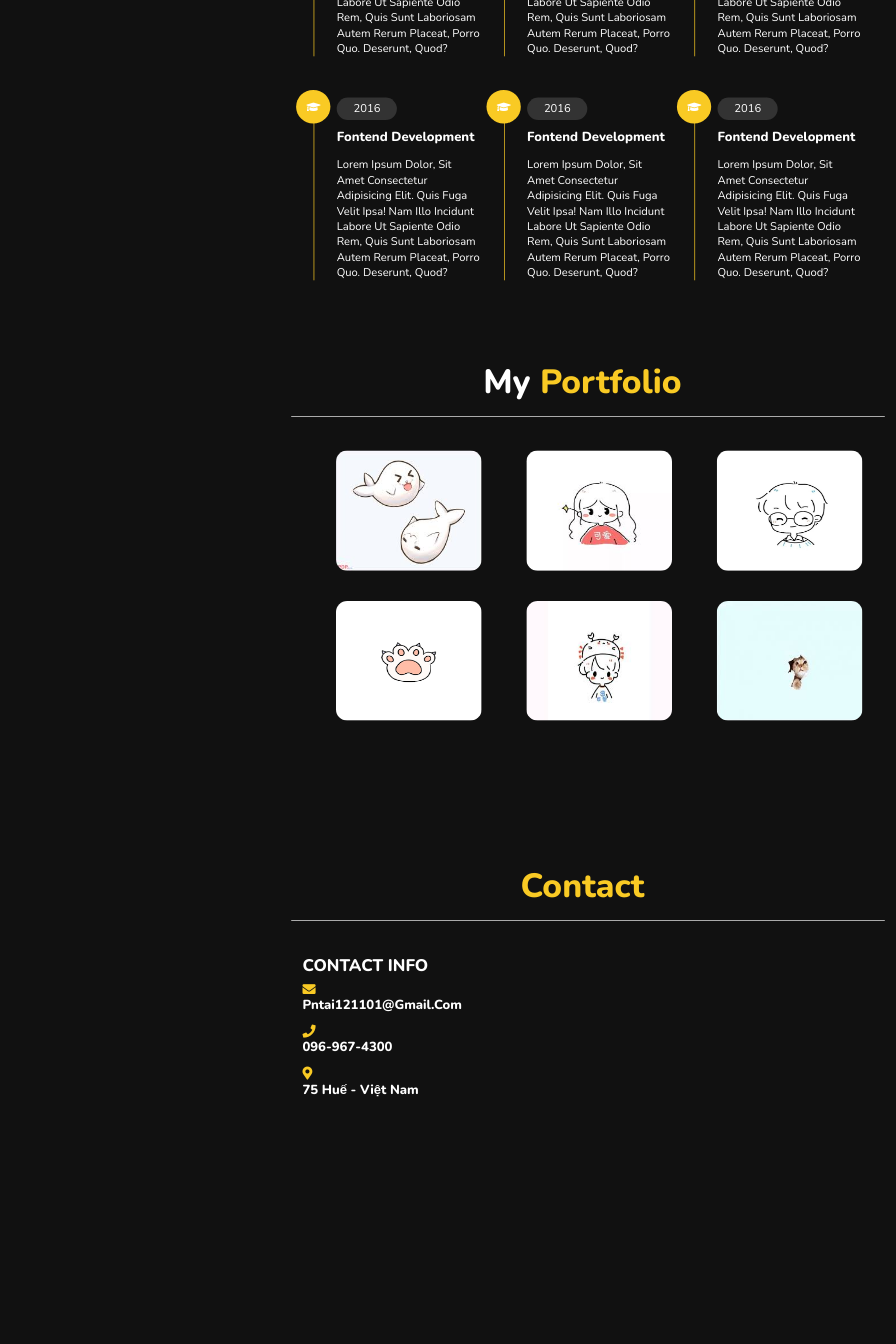
Repository: PCTai/My-profile
Page: index.html
An editor plug-in stored every save of this project. The page is shown before and after the next save, followed by the edit.
The browser window is 1280 px wide. The pictures show the part of the page from y = 1779 to 3699 px (the page is 3699 px tall), at 70% of full size.

Above is the page before, as saved 2022-01-13 09:24:10.

After the next save:
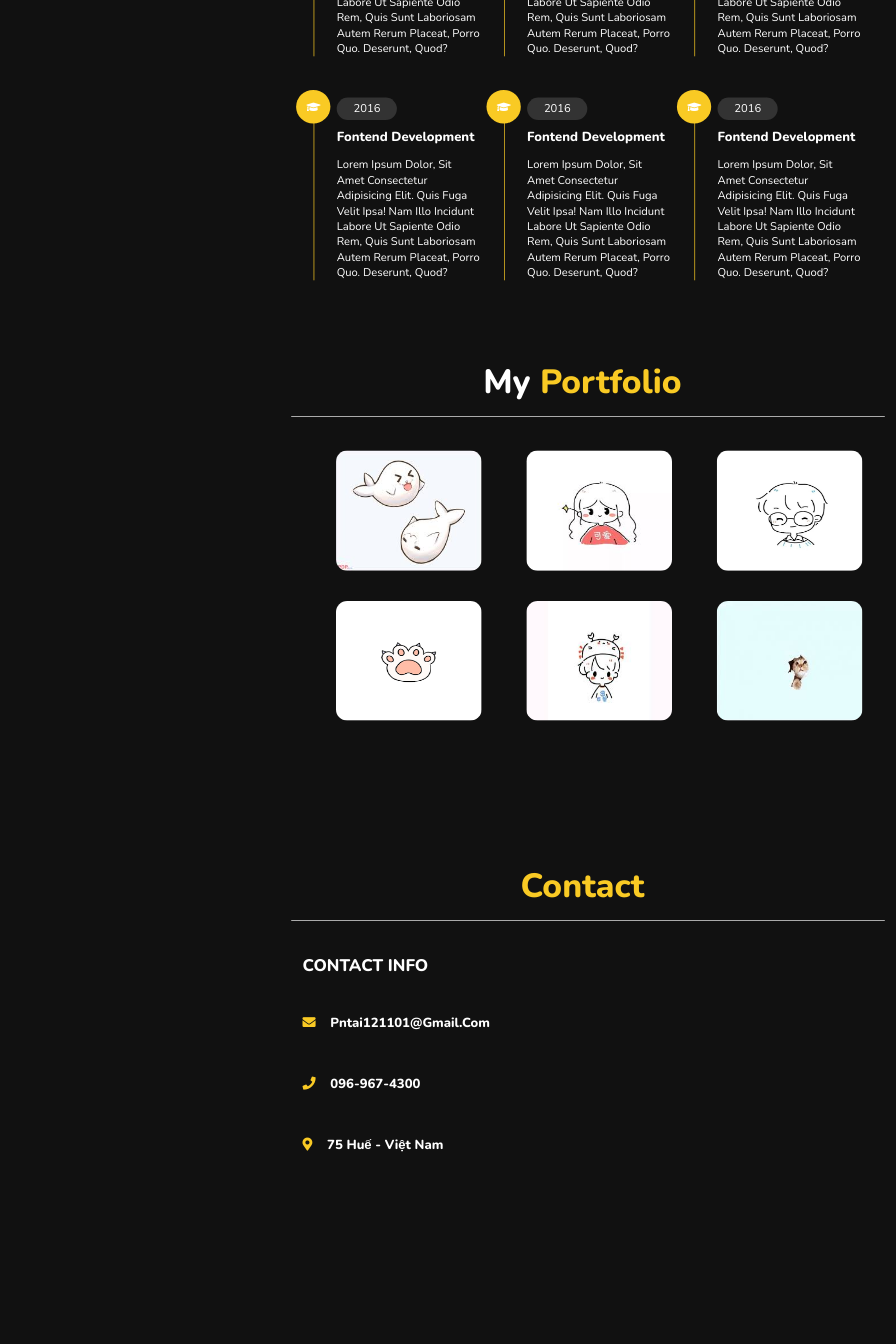
Saved 28 s later.
--- a/assets/css/style.css
+++ b/assets/css/style.css
@@ -243,7 +243,7 @@ section{
 .info-contact i{
     color: var(--yellow);
     padding-right: 1rem;
-    display: flex;
+    margin-top: 3rem;
 
 }
 .info-contact span{
